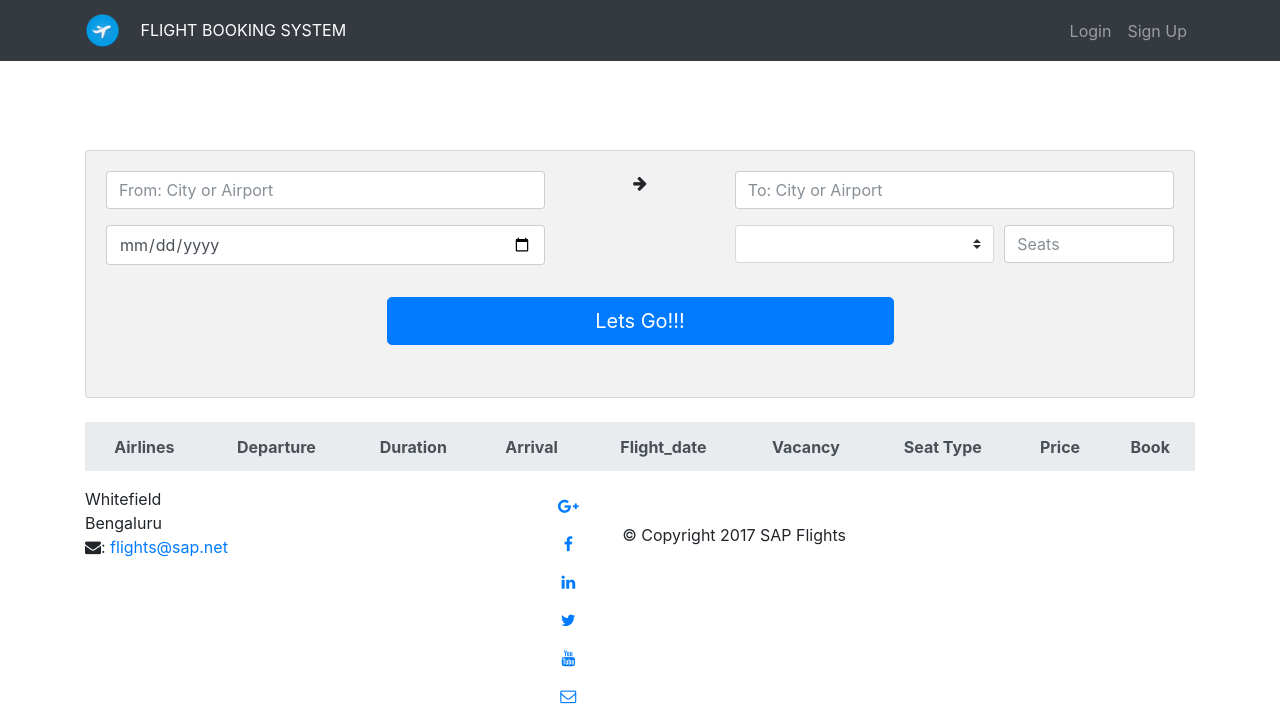
Repository: yashtatia/Spring-Practice
Page: http://localhost/FitnessTracker/WEB-INF/jsp/flightpage.jsp
These files come from the project's save history. The page is drawn as it stood at one moment and after the next save; the edit follows.
The browser window is 1280 px wide. The pictures show the whole page.
Some web libraries are served in a nearby version. The page is served by Tomcat 9. Nobody is signed in. The template is opened directly, without the code that normally fills it, so the values that code supplies are empty.

Above is the page before, as saved 2017-09-05 20:26:49.

After the next save:
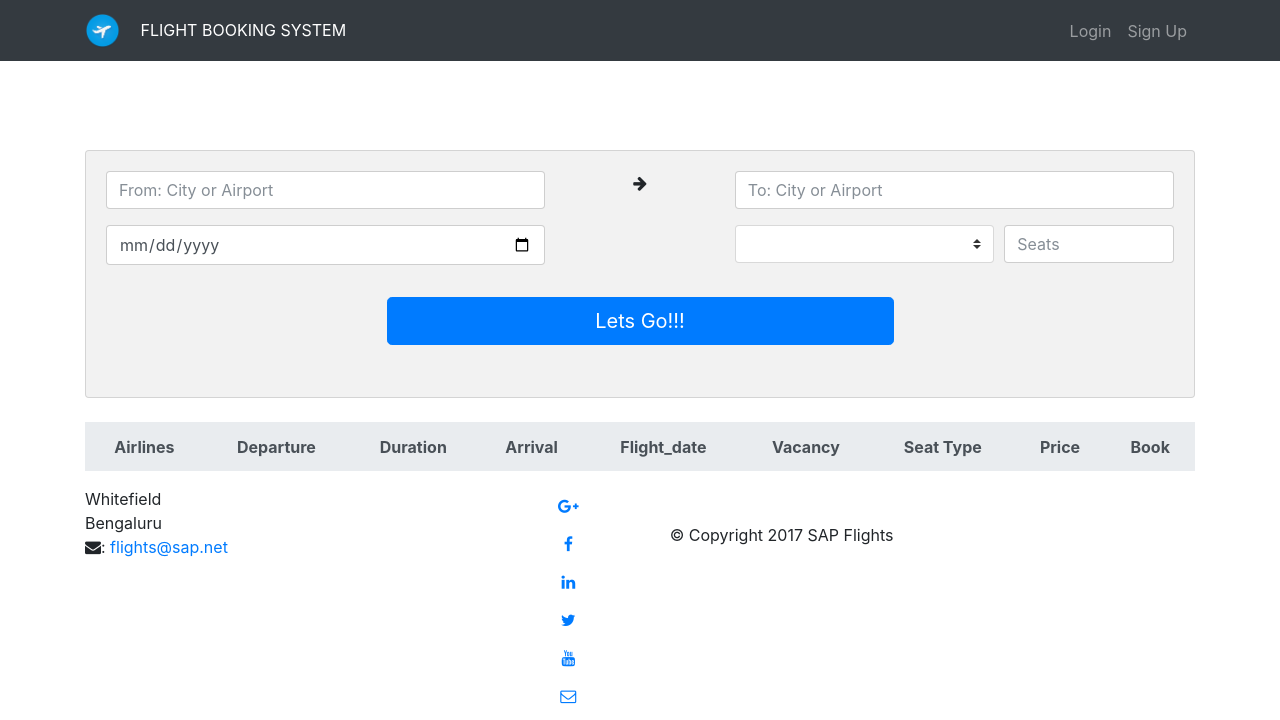
Saved 8 s later.
--- a/FitnessTracker/src/main/webapp/WEB-INF/jsp/footer.jsp
+++ b/FitnessTracker/src/main/webapp/WEB-INF/jsp/footer.jsp
@@ -22,7 +22,7 @@
                         <a class="btn btn-social-icon" href="mailto:"><i class="fa fa-envelope-o"></i></a>
                     </div>
                 </div>
-                <div class="col-md-3">
+                <div class="col-md-4">
                     <p style="padding:10px;"></p>
                     <p align=center> &copy; Copyright 2017 SAP Flights</p>
                 </div>
